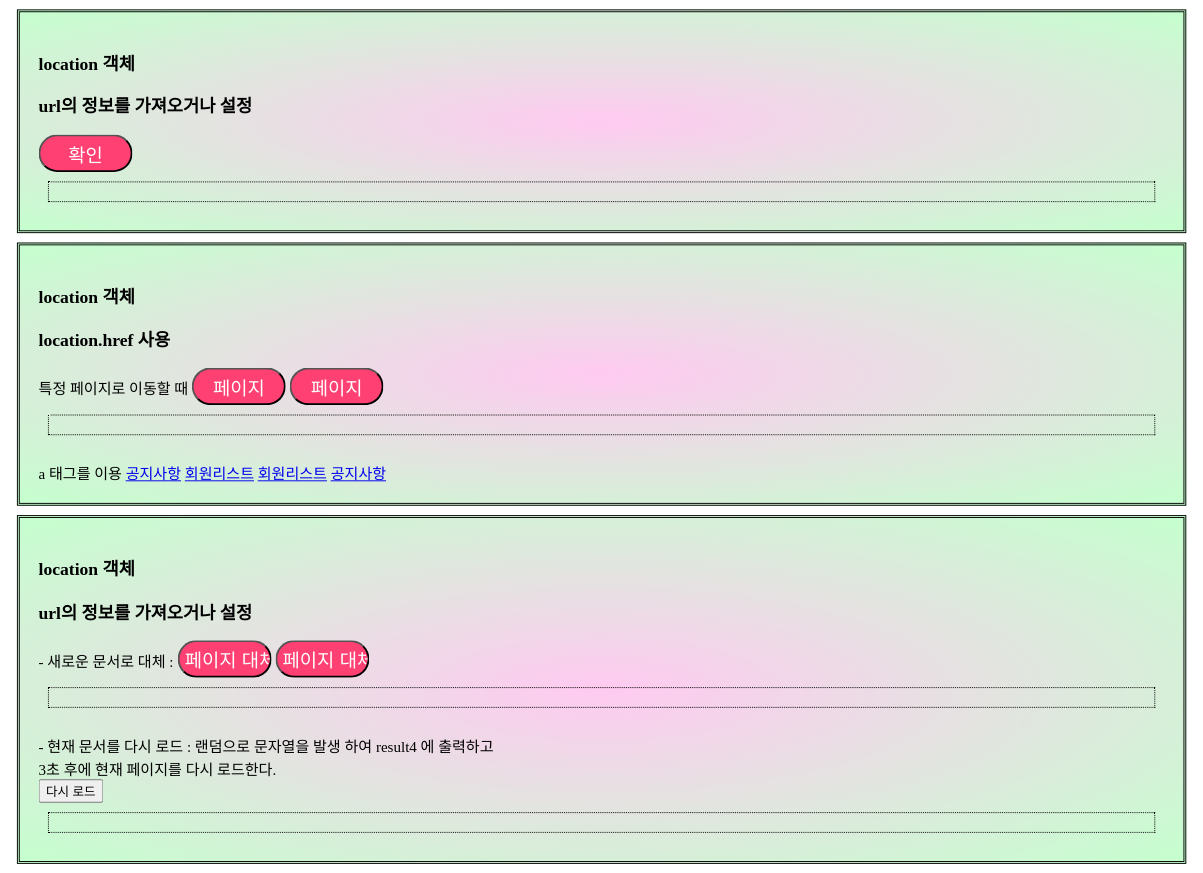
Repository: choidazzi/DDIT
Page: web programming/html/webpro/src/main/webapp/0512/location객체.html
These files come from the project's save history. The page is drawn as it stood at one moment and after the next save; the edit follows.
The browser window is 1280 px wide. The pictures show the whole page, at 94% of full size.
After loading, the first visible `button` was clicked once.

Above is the page before, as saved 2023-05-12 01:10:40.

### web programming/html/webpro/src/main/webapp/0512/location객체.html
<!DOCTYPE html>
<html>
<head>
<meta charset="UTF-8">
<title>Insert title here</title>
<link rel ="stylesheet" href="../css/my.css">
<script>
	proc1 = () => {
		vprotocol =location.protocol;
		vhostname = location.hostname;
		vport = location.port;
		vhost = location.host;
		vpathname = location.pathname;
		vhref = location.href;

		str = `protocol : ${vprotocol} <br>`;
		str += `hostname : ${vhostname} <br>`;
		str += `port : ${vport} <br>`;
		str += `host : ${vhost} <br>`;
		str += `pathname : ${vpathname} <br>`;
		str += `href : ${vhref} <br>`;

		document.getElementById('result1').innerHTML = str;
	}

	proc2 = () => {
		location.href = "../0510/Date객체.html";
	}

	proc3 = () => {
		location.replace('../0511/window객체.html');
	}

	proc4 = () => {
		arr = ["Hello!", "JAVA Script", "JQuery", "우리들의 블루스", "사랑은 늘 도망가"];
		rand = parseInt(Math.random() * arr.length);

		str = `<h1> ${arr[rand]} </h1>`;
	}
</script>
<style>
	h1 {
		color: tomato;
	}
</style>
</head>
<body>
	<div class="box">
		<h3>location 객체</h3>
		<h3>url의 정보를 가져오거나 설정</h3>

		<input type="button" onclick="proc1()" value ="확인">
		<div id="result1" class="result"></div>
	</div>

	<div class="box">
		<h3>location 객체</h3>
		<h3>location.href 사용</h3>

		특정 페이지로 이동할 때
		<input type="button" onclick="proc2()" value ="페이지">
		<input
			type="button" onclick="location.href='../0508/객체리터럴.html'" value="페이지">
		<div id="result2" class="result"></div>

		<br>
		a 태그를 이용
		<a href="../0509/배열문제.html">공지사항</a>
		<a href="#" onclick = "proc2()">회원리스트</a>
		<a href="javascript:proc2()">회원리스트</a>
		<a href="#" onclick="location.href='../0421/입력처리1.jsp?id=a001&pw=1234'">공지사항</a>
	</div>

	<div class="box">
		<h3>location 객체</h3>
		<h3>url의 정보를 가져오거나 설정</h3>

		- 새로운 문서로 대체 :
		<input type="button" value ="페이지 대체" onclick="proc3()">
		<input type="button" value ="페이지 대체" onclick="location.replace('../0511/window객체.html')">
		<div id="result3" class="result"></div>

		<br>
		- 현재 문서를 다시 로드 : 랜덤으로 문자열을 발생 하여 result4 에 출력하고
		<br>
		   3초 후에 현재 페이지를 다시 로드한다.
		<br>
		<button type="button" onclick="proc4()">다시 로드</button>
		<div id="result4" class="result"></div>
	</div>
</body>
</html>

### web programming/html/webpro/src/main/webapp/css/my.css
@charset "UTF-8";

pre {
	border: 4px double steelblue;
	border-left: none;
	border-right: none;
	background: #defedf;
	padding: 20px;
	margin: 10px;
	font-size: 1.5em;
}

.box {
	border: 3px double #000;
	margin: 10px;
	padding: 20px;
	background-image: radial-gradient(#FFCAF1,#C5FFCE);
}

.box input[type=button] {
		background: #fe4072;
		color: #fff;
		width: 100px;
		height: 40px;
		font-size: 20px;
		border-radius: 50px;
}

.box .result {
	border: 1px dotted black;
	margin: 10px;
	padding: 10px;
	font-size: 1.5rem;
}

After the next save:
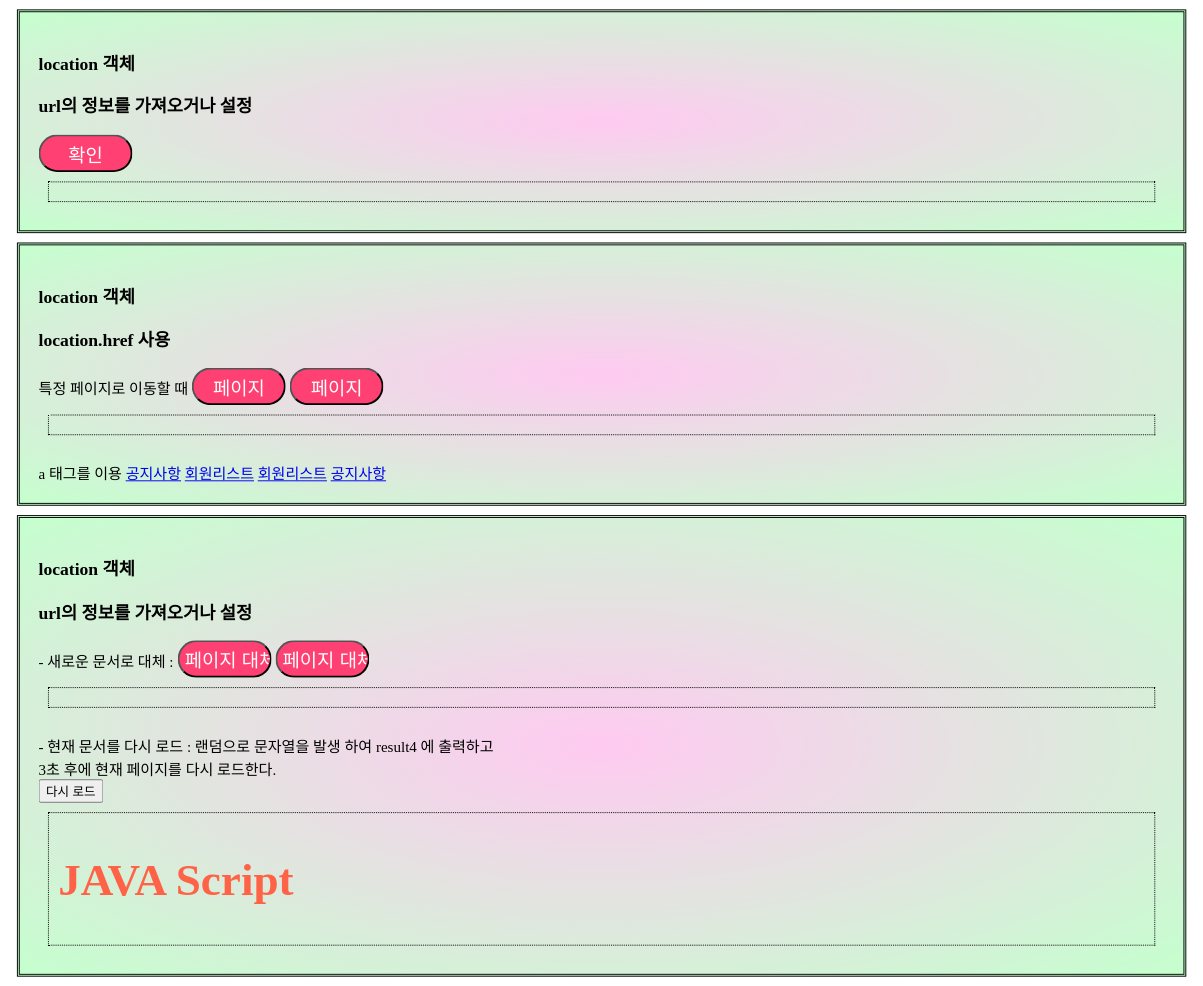
Saved 52 s later.
--- a/web programming/html/webpro/src/main/webapp/0512/location객체.html
+++ b/web programming/html/webpro/src/main/webapp/0512/location객체.html
@@ -36,6 +36,8 @@
 		rand = parseInt(Math.random() * arr.length);
 
 		str = `<h1> ${arr[rand]} </h1>`;
+
+		document.querySelector('#result4').innerHTML = str;
 	}
 </script>
 <style>
